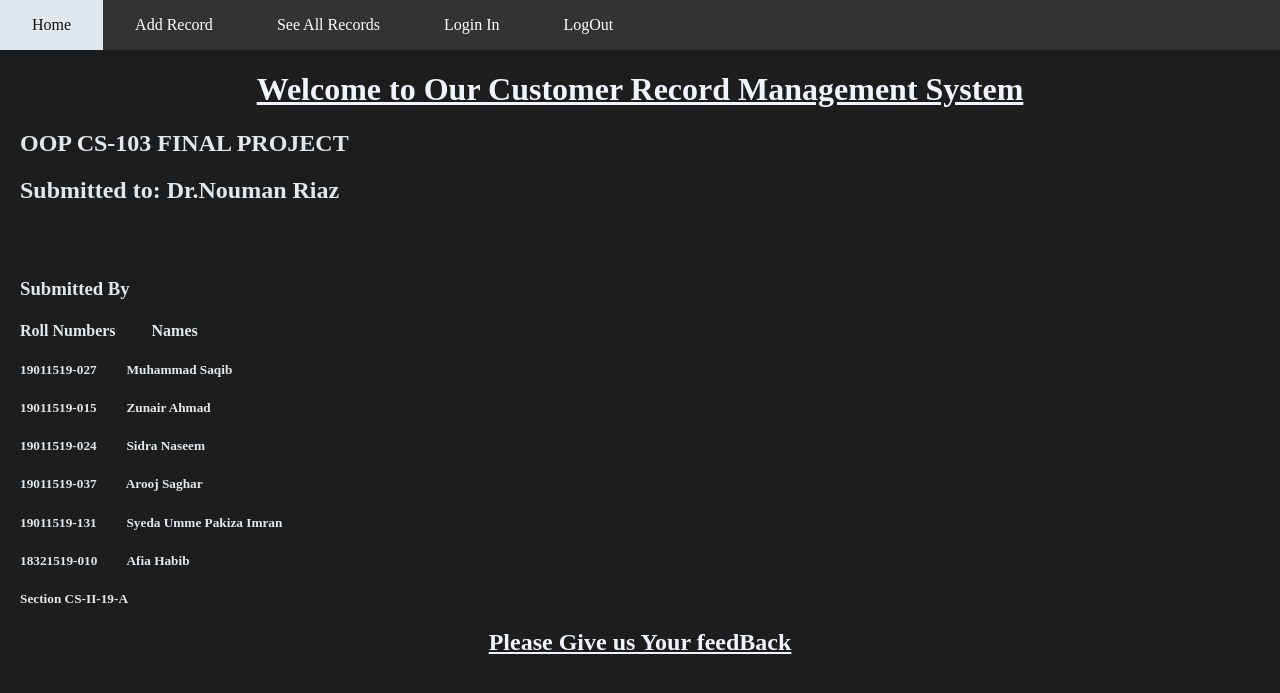
Repository: MUHAMMAD-SAQIB-2000/SpringBoot
Page: http://localhost/WebServiceRecordManagementSystem/home.jsp
The author's editor kept a copy of each file at every save. The page is drawn from the files as they stood at one save, then again after the next save.
The browser window is 1280 px wide. The pictures show the whole page.
The page is served by Tomcat 9. Other server files are loaded and not shown.

Above is the page before, as saved 2020-08-14 18:12:06.

### WebServiceRecordManagementSystem/src/main/webapp/home.jsp
<%@ page language="java" contentType="text/html; charset=ISO-8859-1"
	pageEncoding="ISO-8859-1"%>
<!DOCTYPE html>
<html>
<head>
<meta charset="ISO-8859-1">
<title>Record Management System</title>
<link rel="stylesheet" href="style.css">
</head>
<body>
	<div>
		<ul>
			<li><a class="active" onclick="window.location.href = '${pageContext.request.contextPath}/home'">Home</a></li>
			<li><a onclick="window.location.href = '${pageContext.request.contextPath}/addCustomerForm'">Add Record</a></li>
			<li><a onclick="window.location.href = '${pageContext.request.contextPath}/displayAllCustomers'">See All Records</a></li>
			<li><a onclick="window.location.href = '${pageContext.request.contextPath}/login'">Login In</a></li>
			<li><a onclick="window.location.href = '${pageContext.request.contextPath}/logout-success'">LogOut</a></li>
		</ul>
	</div>

	<div class="mainBody">
		<h1 class="h">Welcome to Our Customer Record Management System</h1>
		<h2>OOP CS-103 FINAL PROJECT</h2>
		<h2><b>Submitted to:</b> Dr.Nouman Riaz </h2>
		<br><br>
		<h3>Submitted By </h3>
		<h4>Roll Numbers &nbsp;&nbsp;&nbsp;&nbsp;&nbsp;&nbsp;&nbsp; Names</h4>
		<h5>19011519-027 &nbsp;&nbsp;&nbsp;&nbsp;&nbsp;&nbsp;&nbsp; Muhammad Saqib</h5>
		<h5>19011519-015 &nbsp;&nbsp;&nbsp;&nbsp;&nbsp;&nbsp;&nbsp; Zunair Ahmad</h5>
		<h5>19011519-024 &nbsp;&nbsp;&nbsp;&nbsp;&nbsp;&nbsp;&nbsp; Sidra Naseem</h5>
		<h5>19011519-037 &nbsp;&nbsp;&nbsp;&nbsp;&nbsp;&nbsp;&nbsp; Arooj Saghar</h5>
		<h5>19011519-131 &nbsp;&nbsp;&nbsp;&nbsp;&nbsp;&nbsp;&nbsp; Syeda Umme Pakiza Imran</h5>
		<h5>18321519-010 &nbsp;&nbsp;&nbsp;&nbsp;&nbsp;&nbsp;&nbsp; Afia Habib</h5>
		<h5><b> Section</b> CS-II-19-A</h5>

		<h2 class="h">Please Give us Your feedBack</h2>
	</div>

</body>
</html>

### WebServiceRecordManagementSystem/src/main/webapp/style.css
@charset "ISO-8859-1";

body {
	margin: 0px;
	padding: 0px;
	background-color:#1d1d1d;
}

ul {
	list-style-type: none;
	margin: 0;
	padding: 0;
	overflow: hidden;
	background-color: #333;
	position: fixed;
	top: 0;
	width: 100%;
}

li {
	float: left;
}

li a {
	display: block;
	color: white;
	text-align: center;
	padding: 16px 32px;
	text-decoration: none;
	font-size:16px;
}

li a:hover {
	background-color: #E1E8ED;
	color:#111;
}

.active {
	background-color:#008CBA;
	color:#fff;
	transition-duration: 0.4s;
	cursor: pointer;
}
.mainBody{
	padding: 20px 20px;
	margin-top:30px;
}

.h {
	color: #eff4ff;
	text-align: center;
	text-decoration: underline;
}
h2,h3,h4,h5{
	color: #E1E8ED;
}
table, th, td {
	background-color: #E1E8ED;
	color: #111;
	text-align: center;
	border: 2px solid #008CBA;
	margin: 10px;
	padding: 5px;
}

th:hover, td:hover {
	border: 2px solid #111;
	background-color: #008CBA;
	color: white;
	transition-duration: 0.4s;
	cursor: pointer;
}

.tableCSS {
	background-color: #E1E8ED;
	color: #111;
	margin-top:5%;
	margin-left:20%;
}

.button {
	border: none;
	color: white;
	padding: 8px 24px;
	text-align: center;
	text-decoration: none;
	display: inline-block;
	font-size: 12px;
	margin: 4px 2px;
	transition-duration: 0.4s;
	cursor: pointer;
}

.button2 {
	background-color: #E1E8ED;
	color: black;
	border: 2px solid #008CBA;
}

.button2:hover {
	background-color: #008CBA;
	color: white;
}

.form {
	text-align: left;
	margin-left: 50px;
}

form {
	width: 100%;
	padding: 12px 20px;
	margin: 8px 0;
	box-sizing: border-box;
}

.title {
	font-size: 25px;
	color: #eff4ff;
}
.para{
	font-size: 14px;
	color: #eff4ff;
}
select {
  width: 20%;
  padding: 12px 16px;
  border: none;
  border-radius: 4px;
  background-color: #f1f1f1;
}
.inputForm {
	width: 30%;
	padding: 10px 18px;
	margin: 6px 0;
	box-sizing: border-box;
	background-color: #F7F7F7;
	color: #111;
	border: 2px solid #00aba9;
  	border-radius: 4px;
}
.inputForm:focus {
  border: 3px solid #555;
}
radiobutton {
	size: 10px;
}

option:hover {
	background-color: #008CBA;
	color: white;
}

a {
	text-decoration: none;
	color: #111;
}

a:hover {
	color: #fff;
	font-size: 16px;
}
.foter{
	background-color: #111;
	color:#fff;
	font-size:20px;
}
.loginButton{
	width: 30%;
	padding: 10px 18px;
	margin: 6px 0;
	box-sizing: border-box;
}

After the next save:
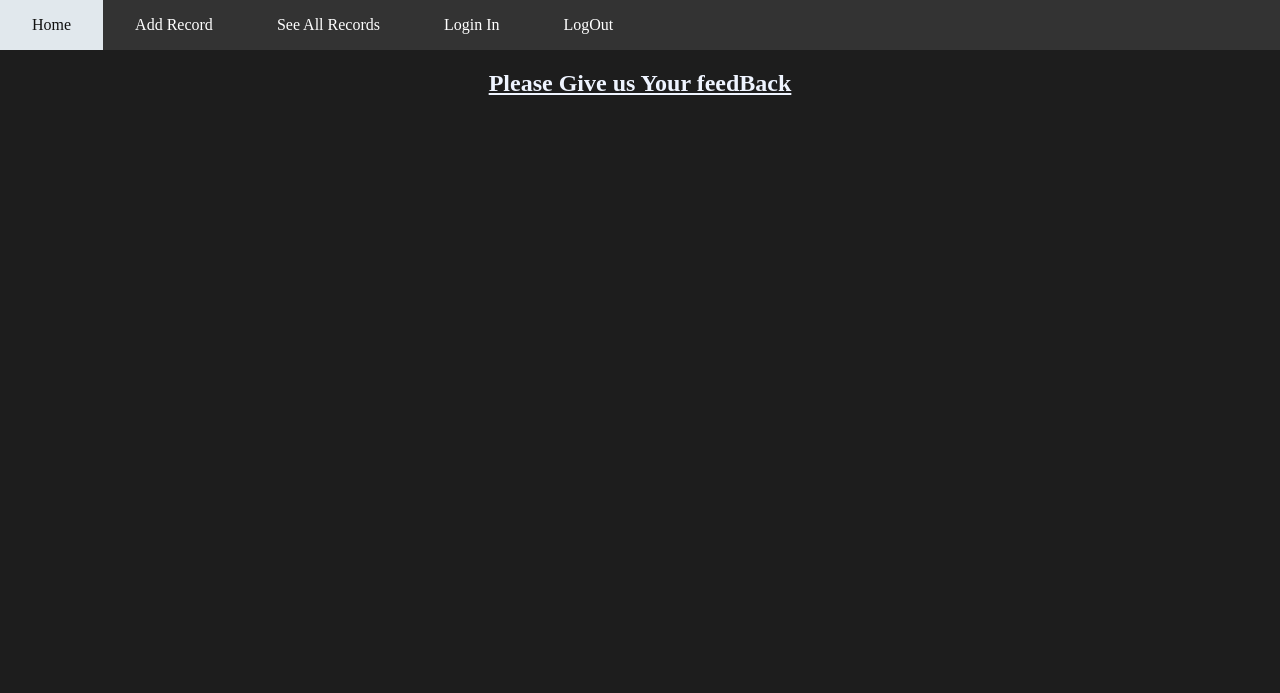
Saved 106 s later.
--- a/WebServiceRecordManagementSystem/src/main/webapp/home.jsp
+++ b/WebServiceRecordManagementSystem/src/main/webapp/home.jsp
@@ -10,16 +10,25 @@
 <body>
 	<div>
 		<ul>
-			<li><a class="active" onclick="window.location.href = '${pageContext.request.contextPath}/home'">Home</a></li>
-			<li><a onclick="window.location.href = '${pageContext.request.contextPath}/addCustomerForm'">Add Record</a></li>
-			<li><a onclick="window.location.href = '${pageContext.request.contextPath}/displayAllCustomers'">See All Records</a></li>
-			<li><a onclick="window.location.href = '${pageContext.request.contextPath}/login'">Login In</a></li>
-			<li><a onclick="window.location.href = '${pageContext.request.contextPath}/logout-success'">LogOut</a></li>
+			<li><a class="active"
+				onclick="window.location.href = '${pageContext.request.contextPath}/home'">Home</a></li>
+			<li><a
+				onclick="window.location.href = '${pageContext.request.contextPath}/addCustomerForm'">Add
+					Record</a></li>
+			<li><a
+				onclick="window.location.href = '${pageContext.request.contextPath}/displayAllCustomers'">See
+					All Records</a></li>
+			<li><a
+				onclick="window.location.href = '${pageContext.request.contextPath}/login'">Login
+					In</a></li>
+			<li><a
+				onclick="window.location.href = '${pageContext.request.contextPath}/logout-success'">LogOut</a></li>
 		</ul>
 	</div>
 
 	<div class="mainBody">
-		<h1 class="h">Welcome to Our Customer Record Management System</h1>
+		<!--
+			<h1 class="h">Welcome to Our Customer Record Management System</h1>
 		<h2>OOP CS-103 FINAL PROJECT</h2>
 		<h2><b>Submitted to:</b> Dr.Nouman Riaz </h2>
 		<br><br>
@@ -33,6 +42,7 @@
 		<h5>18321519-010 &nbsp;&nbsp;&nbsp;&nbsp;&nbsp;&nbsp;&nbsp; Afia Habib</h5>
 		<h5><b> Section</b> CS-II-19-A</h5>
 
+		-->
 		<h2 class="h">Please Give us Your feedBack</h2>
 	</div>
 
